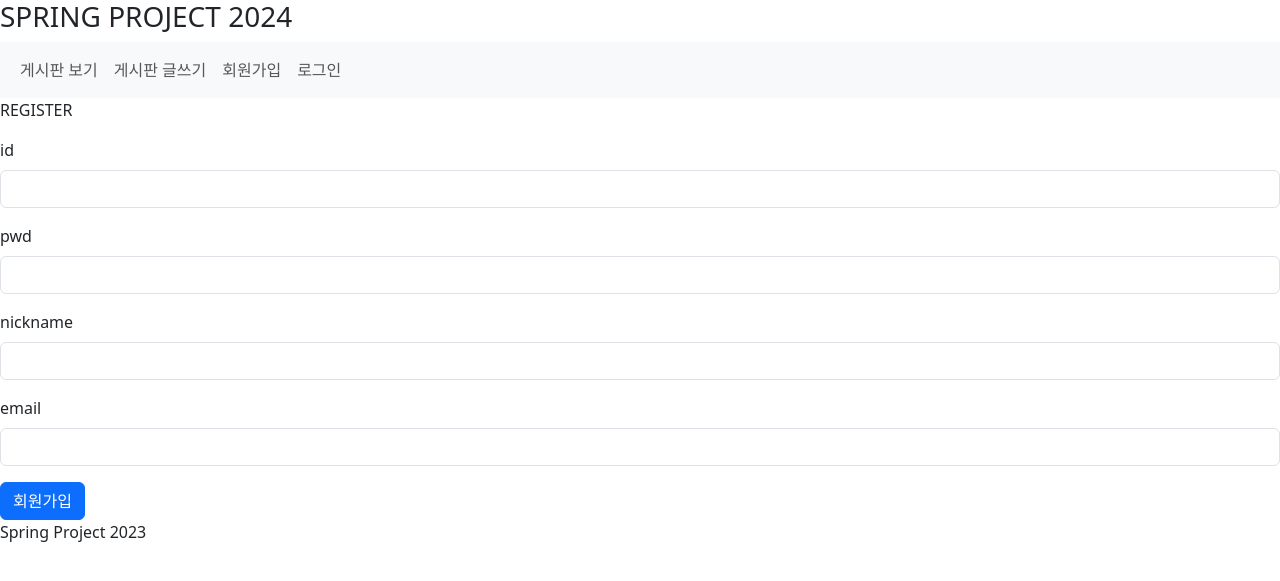
Repository: Bitmul/SpringProject2024
Page: http://localhost/_spring_test2/WEB-INF/views/member/register.jsp
The author's editor kept a copy of each file at every save. The page is drawn from the files as they stood at one save, then again after a run of saves.
The browser window is 1280 px wide. The pictures show the whole page.
The page is served by Tomcat 9. Nobody is signed in. Other server files are loaded and not shown. The template is opened directly, without the code that normally fills it, so the values that code supplies are empty.

Above is the page before, as saved 2024-01-15 00:49:26.
Console error: TypeError: Cannot read properties of null (reading 'addEventListener')

### _spring_test2/src/main/webapp/WEB-INF/views/member/register.jsp
<%@ page language="java" contentType="text/html; charset=UTF-8"
	pageEncoding="UTF-8"%>
<!DOCTYPE html>
<jsp:include page="../layout/header.jsp"></jsp:include>
<jsp:include page="../layout/nav.jsp"></jsp:include>
<p>REGISTER
<form action="/member/register" method="post"
	enctype="multipart/form-data">
	<div class="mb-3">
		<label for="t" class="form-label">id</label> <input type="text"
			class="form-control" name="id" id="id">
	</div>
	<div class="mb-3">
		<label for="w" class="form-label">pwd</label> <input type="password"
			class="form-control" name="pwd" id="pwd">
	</div>
		<div class="mb-3">
		<label for="w" class="form-label">nickname</label> <input type="text"
			class="form-control" name="nickname" id="nickname">
	</div>
	<div class="mb-3">
		<label for="c" class="form-label">email</label> <input type="email"
			class="form-control" name="email" id="email">
	</div>
	<button type="submit" class="btn btn-primary" id="regBtn">회원가입</button>
</form>
<script src="/resources/js/boardRegister.js"></script>
<jsp:include page="../layout/footer.jsp"></jsp:include>

### _spring_test2/src/main/webapp/WEB-INF/views/layout/header.jsp
<%@ page language="java" contentType="text/html; charset=UTF-8"
	pageEncoding="UTF-8"%>
<%@ taglib uri="http://java.sun.com/jsp/jstl/core" prefix="c"%>
<!DOCTYPE html>
<html>
<head>
<meta charset="UTF-8">
<title>Insert title here</title>
<link
	href="https://cdn.jsdelivr.net/npm/bootstrap@5.3.1/dist/css/bootstrap.min.css"
	rel="stylesheet"
	integrity="sha384-4bw+/aepP/YC94hEpVNVgiZdgIC5+VKNBQNGCHeKRQN+PtmoHDEXuppvnDJzQIu9"
	crossorigin="anonymous">
<script
	src="https://cdn.jsdelivr.net/npm/bootstrap@5.3.1/dist/js/bootstrap.bundle.min.js"
	integrity="sha384-HwwvtgBNo3bZJJLYd8oVXjrBZt8cqVSpeBNS5n7C8IVInixGAoxmnlMuBnhbgrkm"
	crossorigin="anonymous"></script>
</head>
<h3>
	<a class="navbar-brand" href="#">SPRING PROJECT 2024</a>
</h3>
<body>

### _spring_test2/src/main/webapp/WEB-INF/views/layout/nav.jsp
<%@ page language="java" contentType="text/html; charset=UTF-8"
	pageEncoding="UTF-8"%>
<%@taglib prefix="c" uri="http://java.sun.com/jsp/jstl/core"%>
<!DOCTYPE html>
<nav class="navbar navbar-expand-lg bg-body-tertiary">
	<div class="container-fluid">
		<div class="collapse navbar-collapse" id="navbarSupportedContent">
			<ul class="navbar-nav me-auto mb-2 mb-lg-0">
				<li class="nav-item"><a class="nav-link" href="/board/list">게시판
						보기</a></li>
				<li class="nav-item"><a class="nav-link" href="/board/register">게시판
						글쓰기</a></li>
				<li class="nav-item"><a class="nav-link" href="#">회원가입</a></li>
				<li class="nav-item"><a class="nav-link" href="/member/register">로그인</a></li>
			</ul>
		</div>
	</div>
</nav>

### _spring_test2/src/main/webapp/WEB-INF/views/layout/footer.jsp
<%@ page language="java" contentType="text/html; charset=UTF-8"
    pageEncoding="UTF-8"%>
<!DOCTYPE html>


<div>
Spring Project 2023
</div>
</body>
</html>

### _spring_test2/src/main/webapp/resources/js/boardRegister.js
console.log("boardRegister In");

document.getElementById('trigger').addEventListener('click', () => {
    document.getElementById('files').click();
})

const regExp = new RegExp("\.(exe|sh|bat|dll|jar|msi)$");
const maxSize = 1024 * 1024 * 20;

function fileValidation(fileName, fileSize) {
    if (regExp.test(fileName)) {
        return 0;
    } else if (fileSize > maxSize) {
        return 0;
    } else {
        return 1;
    }
}

document.addEventListener('change', (e) => {
    console.log(e.target);
    if (e.target.id == 'files') {
        const fileObj = document.getElementById('files').files;
        console.log(fileObj);

        document.getElementById('regBtn').disabled = false;

        let div = document.getElementById('fileZone');

        div.innerHTML = '';

        let isOk = 1;
        let ul = `<ul class="list-group list-group-flush">`;
        for (let file of fileObj) {
            let validResult = fileValidation(file.name, file.size);
            isOk *= validResult;

            ul += `<li class="list-group-item">An item`;
            ul += `<div class="mb-3">`;
            ul += `${validResult ? '<div class="fw-bold">업로드 가능</div>' : '<div class="fw-bold text-danger">업로드 불가능</div>'}`;
            ul += `${file.name}</div>`;
            ul += `<span class="badge rounded-pill text-bg-${validResult ? 'success' : 'danger'}">${file.size}Byte</span>`;
            ul += `</li>`;
        }
        ul + `</ul>`;
        div.innerHTML = ul;

        if (isOk == 0) {
            document.getElementById('regBtn').disabled = true;
        }
    }
});

After the next 2 saves:
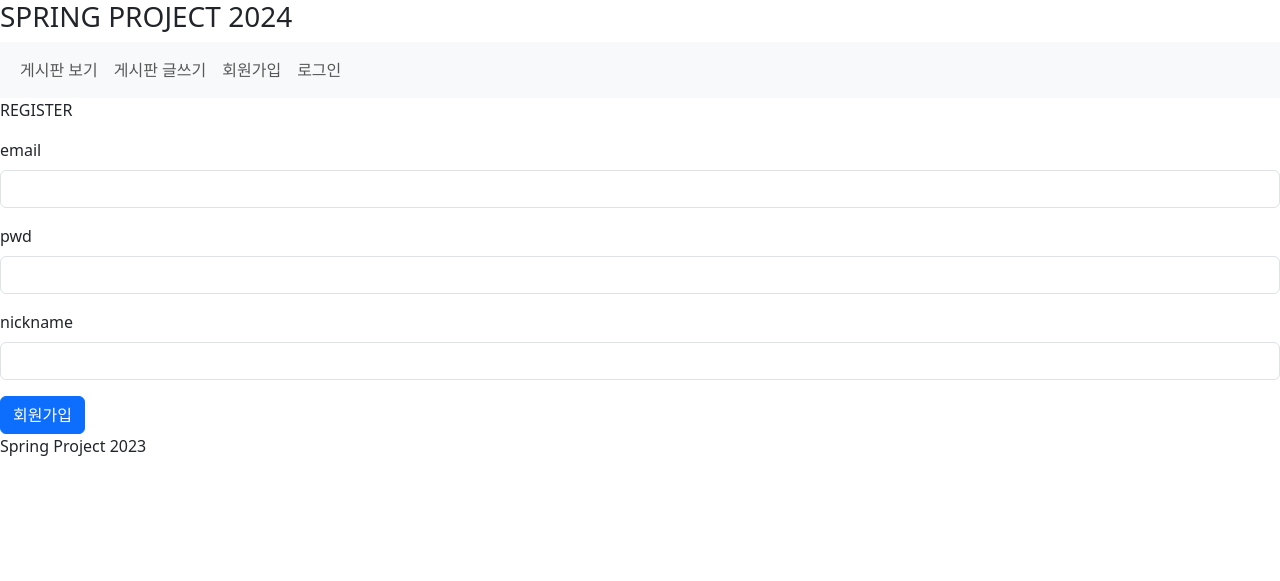
The 2 saves are shown as one change because they came seconds apart.
The last was saved 18 s later.
--- a/_spring_test2/src/main/webapp/WEB-INF/views/member/register.jsp
+++ b/_spring_test2/src/main/webapp/WEB-INF/views/member/register.jsp
@@ -4,23 +4,18 @@
 <jsp:include page="../layout/header.jsp"></jsp:include>
 <jsp:include page="../layout/nav.jsp"></jsp:include>
 <p>REGISTER
-<form action="/member/register" method="post"
-	enctype="multipart/form-data">
+<form action="/member/register" method="post">
 	<div class="mb-3">
-		<label for="t" class="form-label">id</label> <input type="text"
-			class="form-control" name="id" id="id">
+		<label for="c" class="form-label">email</label> <input type="email"
+			class="form-control" name="email" id="email">
 	</div>
 	<div class="mb-3">
 		<label for="w" class="form-label">pwd</label> <input type="password"
 			class="form-control" name="pwd" id="pwd">
 	</div>
-		<div class="mb-3">
+	<div class="mb-3">
 		<label for="w" class="form-label">nickname</label> <input type="text"
 			class="form-control" name="nickname" id="nickname">
-	</div>
-	<div class="mb-3">
-		<label for="c" class="form-label">email</label> <input type="email"
-			class="form-control" name="email" id="email">
 	</div>
 	<button type="submit" class="btn btn-primary" id="regBtn">회원가입</button>
 </form>
